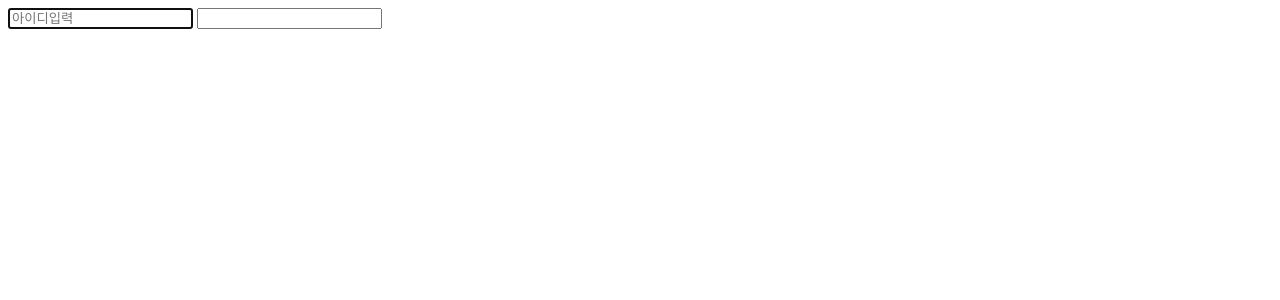
Repository: Rua1006/JSP
Page: practice01/WebContent/loginForm.html
The author's editor kept a copy of each file at every save. The page is drawn from the files as they stood at one save, then again after the next save.
The browser window is 1280 px wide. The pictures show the whole page.

Above is the page before, as saved 2022-10-17 09:17:38.

### practice01/WebContent/loginForm.html
<!DOCTYPE html>
<html>
<head>
<meta charset="UTF-8">
<title>Insert title here</title>
</head>
<body>
	<form name="loginForm" action="test05.jsp" method="post">
		<input type="text" name="id" id="id" placeholder="아이디입력" autofocus>
		<input type="password" name="pw" id="pw" palceholder="비밀번호입력">
	</form>
</body>
</html>

After the next save:
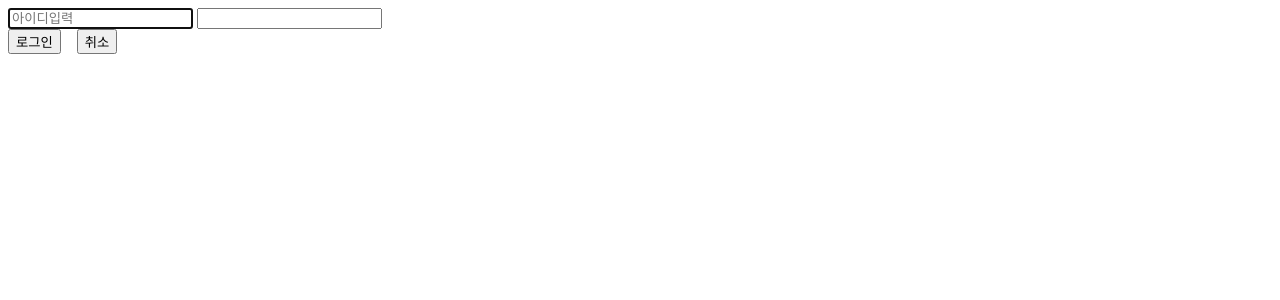
Saved 58 s later.
--- a/practice01/WebContent/loginForm.html
+++ b/practice01/WebContent/loginForm.html
@@ -8,6 +8,9 @@
 	<form name="loginForm" action="test05.jsp" method="post">
 		<input type="text" name="id" id="id" placeholder="아이디입력" autofocus>
 		<input type="password" name="pw" id="pw" palceholder="비밀번호입력">
+		<br>
+		<input type="submit" value="로그인">&nbsp;&nbsp;&nbsp;
+		<input type="reset" value="취소">
 	</form>
 </body>
 </html>
